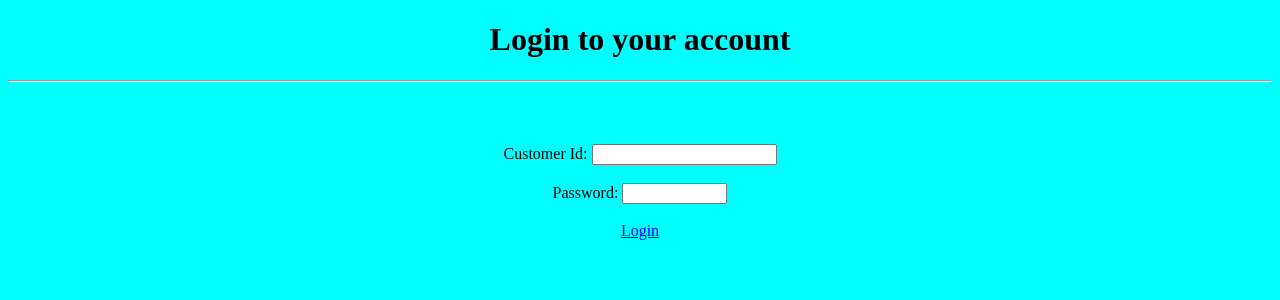
Repository: laikrish/day10
Page: http://localhost/BankApp/login.jsp
The author's editor kept a copy of each file at every save. The page is drawn from the files as they stood at one save, then again after the next save.
The browser window is 1280 px wide. The pictures show the whole page.
The page is served by Tomcat 9.

Above is the page before, as saved 2018-09-12 06:59:17.

After the next save:
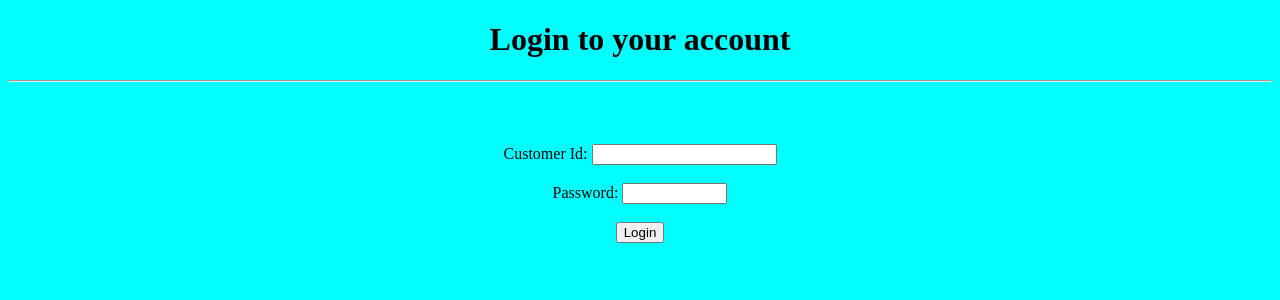
Saved 78 s later.
--- a/BankApp/WebContent/login.jsp
+++ b/BankApp/WebContent/login.jsp
@@ -17,7 +17,7 @@
 		<label> Password: </label>
 		<input type="password" name="password" size="10" required />
 		<br> <br>
-		<a href="login">Login</a>
+		<input type="submit" value="Login"/>
 		<br> <br>
 </form>
 </body>
